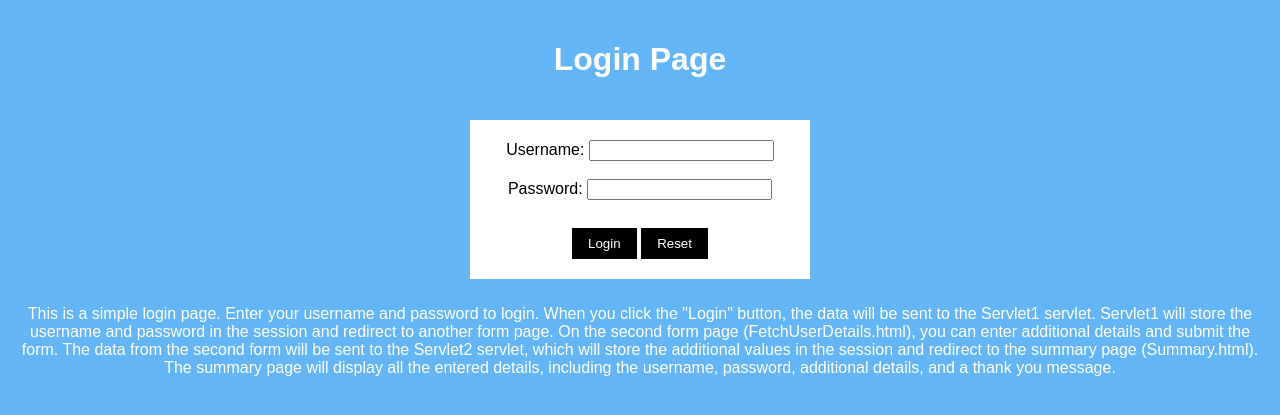
Repository: harshitp9989/ServletsAndJSP
Page: ServletSessionDemo/src/main/webapp/Login.html
The author's editor kept a copy of each file at every save. The page is drawn from the files as they stood at one save, then again after the next save.
The browser window is 1280 px wide. The pictures show the whole page.

Above is the page before, as saved 2024-05-14 04:29:03.

After the next save:
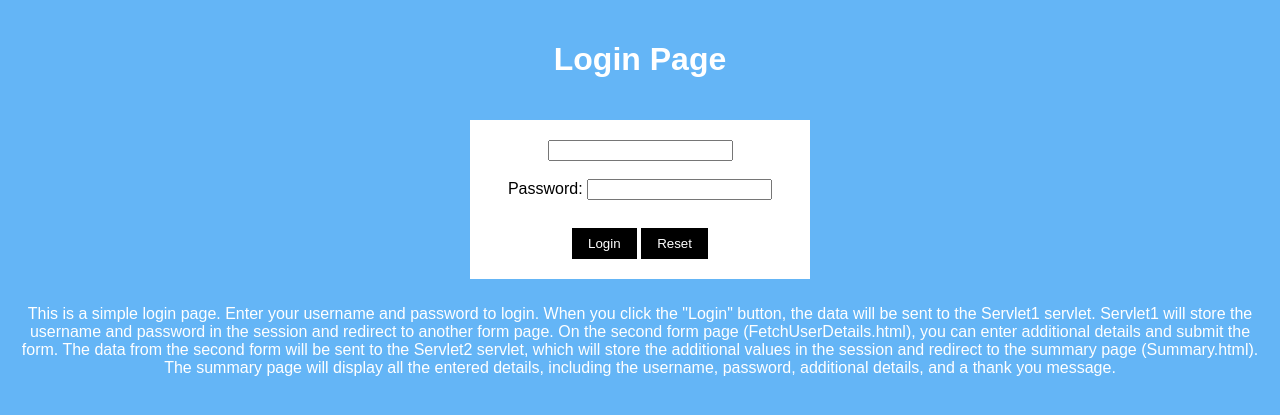
Saved 83 s later.
--- a/ServletSessionDemo/src/main/webapp/Login.html
+++ b/ServletSessionDemo/src/main/webapp/Login.html
@@ -41,7 +41,6 @@
   <h1>Login Page</h1>
 
   <form action="Servlet1" method="post">
-    <label for="username">Username:</label>
     <input type="text" id="username2" name="username1" required><br><br>
 
     <label for="password">Password:</label>

After the save that followed:
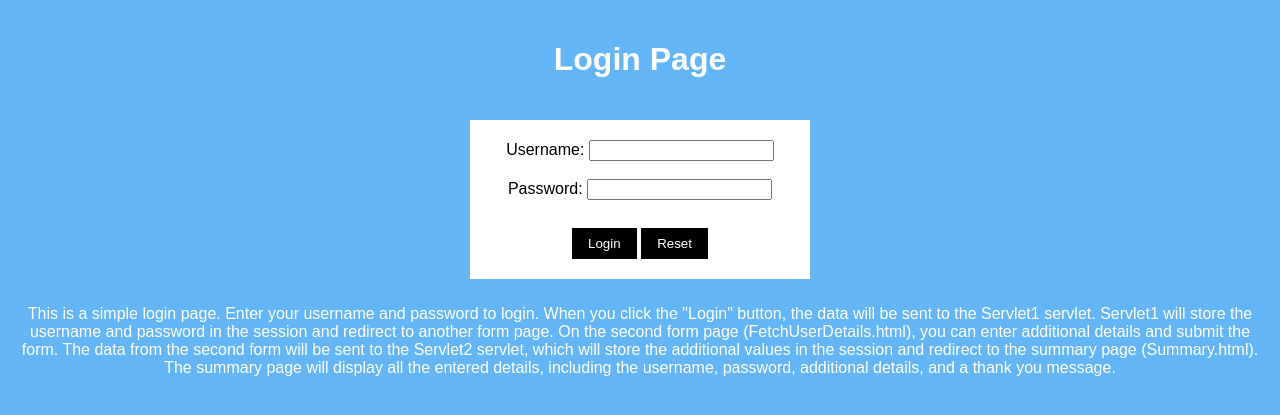
Saved 22 s later.
--- a/ServletSessionDemo/src/main/webapp/Login.html
+++ b/ServletSessionDemo/src/main/webapp/Login.html
@@ -41,6 +41,7 @@
   <h1>Login Page</h1>
 
   <form action="Servlet1" method="post">
+    <label for="username">Username:</label>
     <input type="text" id="username2" name="username1" required><br><br>
 
     <label for="password">Password:</label>
